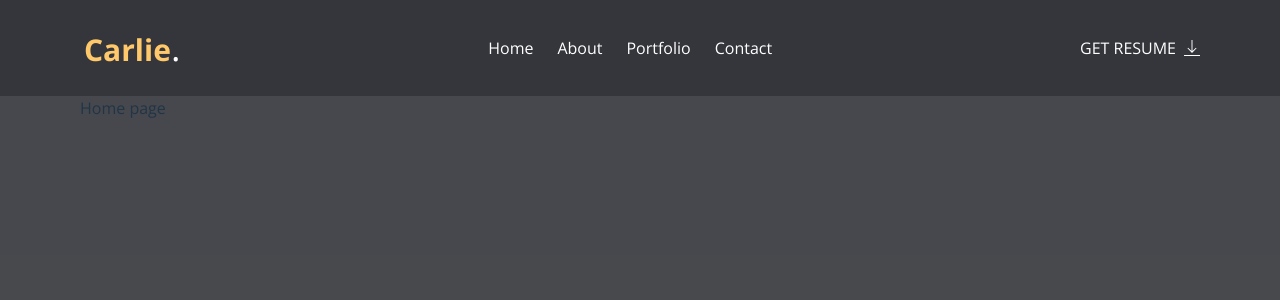
Repository: FenoCarlie/Portfolio
Page: / (app in frontend/)
These files come from the project's save history. The page is drawn as it stood at one moment and after the next save; the edit follows.
The browser window is 1280 px wide. The pictures show the whole page.
The project was rebuilt for these pictures with package versions that can differ from the ones it lists, and the page was loaded fresh each time. Also part of the build but not shown: frontend/vite.config.js, frontend/src/views/notFound/NotFound.jsx. Imported but missing from the stored project, and not drawn on this page: frontend/src/views/about/About, frontend/src/views/contact/Contact, frontend/src/views/portfolio/Portfolio.

Above is the page before, as saved 2024-05-11 16:19:19.

### frontend/index.html
<!DOCTYPE html>
<html lang="en">
  <head>
    <meta charset="UTF-8" />
    <link rel="icon" type="image/svg+xml" href="/vite.svg" />
    <meta name="viewport" content="width=device-width, initial-scale=1.0" />
    <title>Vite + React</title>
  </head>
  <body>
    <div id="root"></div>
    <div id="tsparticles"></div>
    <!-- Add this line -->
    <script type="module" src="/src/main.jsx"></script>
  </body>
</html>

### frontend/src/main.jsx
import React from "react";
import ReactDOM from "react-dom/client";
import "./index.css";
import { ContextProvider } from "./context/ContextProvider";
import { RouterProvider } from "react-router-dom";
import router from "./router";

ReactDOM.createRoot(document.getElementById("root")).render(
  <React.StrictMode>
    <ContextProvider>
      <RouterProvider router={router} />
    </ContextProvider>
  </React.StrictMode>
);

### frontend/src/index.css
@tailwind base;
@tailwind components;
@tailwind utilities;

@layer base {
  html {
    scroll-behavior: smooth;
  }
}

@font-face {
  font-family: "OpenSans";
  src: url("./fonts/OpenSans-Regular.ttf") format("truetype");
  font-weight: 400;
  font-style: normal;
}

@font-face {
  font-family: "OpenSans";
  src: url("./fonts/OpenSans-Bold.ttf") format("truetype");
  font-weight: 700;
  font-style: normal;
}

.active {
  --tw-bg-opacity: 1;
  background-color: rgb(254 200 107 / var(--tw-bg-opacity));
  --tw-text-opacity: 1;
  color: rgb(4 2 3 / var(--tw-text-opacity));
  border-radius: 0.25rem;
}

.anim {
  position: relative;
  background: none;
  transition-timing-function: cubic-bezier(0.25, 0.8, 0.25, 1);
  transition-duration: 400ms;
  transition-property: color;
}

.animButton:focus:after,
.animButton:hover:after {
  width: 100%;
  left: 0%;
}

.animButton:after {
  content: "";
  pointer-events: none;
  bottom: -2px;
  left: 50%;
  position: absolute;
  width: 0%;
  height: 2px;
  background-color: #fec86b;
  transition-timing-function: cubic-bezier(0.25, 0.8, 0.25, 1);
  transition-duration: 400ms;
  transition-property: width, left;
}

.headerBg {
  background: rgb(88, 90, 98);
  background: linear-gradient(
    180deg,
    rgba(88, 90, 98, 1) 0%,
    rgba(54, 55, 60, 1) 100%
  );
}

/* width */
::-webkit-scrollbar {
  width: 5px;
}

/* Track */
::-webkit-scrollbar-track {
  background: #888;
  border-radius: 5px;
}

/* Handle */
::-webkit-scrollbar-thumb {
  background: #34353ae6;
  border-radius: 5px;
}

/* Handle on hover */
::-webkit-scrollbar-thumb:hover {
  background: #555;
}

@media (prefers-color-scheme: light) {
  :root {
    color: #213547;
    background-color: #ffffff;
  }
  a:hover {
    color: #747bff;
  }
  button {
    background-color: #f9f9f9;
  }
}

### frontend/src/context/ContextProvider.jsx
import { createContext, useContext, useState, useEffect } from "react";

const StateContext = createContext({
  currentUser: null,
  token: null,
  notification: null,
  setUser: () => {},
  setItineraryId: () => {},
  setToken: () => {},
  setNotification: () => {},
  setAlert: () => {},
  setError: () => {},
});

export const ContextProvider = ({ children }) => {
  const [user, _setUser] = useState(
    JSON.parse(sessionStorage.getItem("ACCESS_USER"))
  );
  const [token, _setToken] = useState(sessionStorage.getItem("ACCESS_TOKEN"));
  var [itineraryId, _setItineraryId] = useState(
    sessionStorage.getItem("ITINERARY_ID")
  );
  const [notification, _setNotification] = useState("");
  const [alert, _setAlert] = useState("");
  const [error, _setError] = useState("");

  const setToken = (token) => {
    _setToken(token);
    if (token) {
      sessionStorage.setItem("ACCESS_TOKEN", token);
    } else {
      sessionStorage.removeItem("ACCESS_TOKEN");
    }
  };

  const setUser = (user) => {
    _setUser(user);
    if (user) {
      sessionStorage.setItem("ACCESS_USER", JSON.stringify(user));
    } else {
      sessionStorage.removeItem("ACCESS_USER");
    }
  };

  const setItineraryId = (itineraryId) => {
    _setItineraryId(itineraryId);
    if (itineraryId) {
      sessionStorage.setItem("ITINERARY_ID", itineraryId);
    } else {
      sessionStorage.removeItem("ITINERARY_ID");
    }
  };

  const setNotification = (message) => {
    _setNotification(message);
    setTimeout(() => {
      _setNotification("");
    }, 5000);
  };

  const setAlert = (message) => {
    _setAlert(message);
    setTimeout(() => {
      _setAlert("");
    }, 5000);
  };

  const setError = (message) => {
    _setError(message);
    setTimeout(() => {
      _setError("");
    }, 5000);
  };

  useEffect(() => {
    const sessionTimeout = setTimeout(() => {
      sessionStorage.clear();
    }, 4 * 60 * 60 * 1000);

    return () => clearTimeout(sessionTimeout);
  }, []);

  return (
    <StateContext.Provider
      value={{
        user,
        setUser,
        itineraryId,
        setItineraryId,
        token,
        setToken,
        notification,
        setNotification,
        alert,
        setAlert,
        error,
        setError,
      }}
    >
      {children}
    </StateContext.Provider>
  );
};

export const useStateContext = () => useContext(StateContext);

### frontend/src/Router.js
import { Navigate, createBrowserRouter } from "react-router-dom";
import AboutPage from "./views/about/About";
import ContactPage from "./views/contact/Contact";
import PortfolioPage from "./views/portfolio/Portfolio";
import NotFound from "./views/notFound/NotFound";
import DefaultLayout from "./views/frontend/DefaultLayout.jsx";
import Home from "./views/frontend/home/home";

const router = createBrowserRouter([
  {
    path: "/",
    element: <DefaultLayout />,
    children: [
      {
        path: "/",
        element: <Navigate to="/home" />,
      },
      {
        path: "/home",
        element: <Home />,
      },
      {
        path: "/about",
        element: <AboutPage />,
      },
      {
        path: "/contact",
        element: <ContactPage />,
      },
      {
        path: "/portfolio",
        element: <PortfolioPage />,
      },
    ],
  },
  /*{
        path: "/backOffice",
        element: <"" />,
        children: [

        ],
      },*/
  {
    path: "*",
    element: <NotFound />,
  },
]);

export default router;

### frontend/src/views/frontend/DefaultLayout.jsx
import React from "react";
import NavBar from "../../components/NavBar";
import { Outlet } from "react-router-dom";

function DefaultLayout() {
  return (
    <div className="font-openSans h-screen w-screen bg-greyGlass">
      <div className="h-24">
        <NavBar />
      </div>
      <div className="h-[calc(100vh - 6rem)]">
        <Outlet />
      </div>
    </div>
  );
}

export default DefaultLayout;

### frontend/src/views/frontend/home/home.jsx
import React, { useEffect } from "react";

function Home() {
  return (
    <div id="home" className="w-full h-full">
      <div className="px-4 sm:px-10 lg:px-20 xl:px-30">
        <h1>Home page</h1>
      </div>
    </div>
  );
}

export default Home;

### frontend/src/components/NavBar.jsx
import { useEffect, useState } from "react";
import { TfiAlignRight, TfiClose, TfiDownload } from "react-icons/tfi";
import { Link } from "react-router-dom";
import NavLink from "./NavLink";

const links = [
  { url: "#home", title: "Home" },
  { url: "#about", title: "About" },
  { url: "#portfolio", title: "Portfolio" },
  { url: "#contact", title: "Contact" },
];

function NavBar() {
  const [open, setOpen] = useState(false);
  const [active, setActive] = useState();
  useEffect(() => {
    const url = location.hash;
    if (url == "") {
      return setActive("#home");
    }
    window.addEventListener("hashchange", function () {
      const url = location.hash;
      setActive(url);
    });
  }, []);

  return (
    <div className="h-24 flex items-center bg-greyGlass justify-between px-4 sm:px-10 lg:px-20 xl:px-30 text-white select:none">
      <div className="">
        <Link href="/" className="z-50 relative">
          <span className=" text-yellowClaire text-3xl font-bold ml-1">
            Carlie
          </span>
          <span className="text-4xl">.</span>
        </Link>
      </div>
      <div className="hidden md:flex gap-4">
        <ul>
          {links.map((link) => (
            <NavLink key={link.title} link={link} />
          ))}
        </ul>
      </div>
      <button className="hidden animButton anim uppercase items-center md:flex ">
        <label className="mr-2">Get resume</label>
        <TfiDownload className="w-4 h-4" />
      </button>
      <div className="md:hidden">
        <button
          className="z-50 relative"
          onClick={() => {
            setOpen(!open);
          }}
        >
          {open ? (
            <TfiClose className="w-5 h-5 hover:w-6 hover:h-6" />
          ) : (
            <TfiAlignRight className="w-5 h-5 hover:w-6 hover:h-6" />
          )}
        </button>
        {open && (
          <div className="fixed top-0 left-0 bottom-0 right-0 w-screen h-full bg-greyGlass1 text-white flex flex-col items-center justify-center gap-8 text-4xl">
            {links.map((link) => (
              <button
                key={links.title}
                onClick={() => {
                  setOpen(!open);
                }}
              >
                <NavLink
                  key={link.title}
                  link={link}
                  onChange={() => {
                    console.log("link : ", link);
                  }}
                />
              </button>
            ))}
            <button className="animButton anim flex items-center">
              <label className="mr-2">Get resume</label>
              <TfiDownload className="w-7 h-7" />
            </button>
          </div>
        )}
      </div>
    </div>
  );
}

export default NavBar;

### frontend/src/components/NavLink.jsx
import { useEffect, useState } from "react";

function NavLink({ link }) {
  const [active, setActive] = useState();
  useEffect(() => {
    var url = location.hash;
    if (url.length < 1) {
      url = "#home";
    }
    setActive(url);
    var link = document.getElementsByName(url)[0];
    if (link != undefined) {
      link.click();
    }

    window.addEventListener("hashchange", function () {
      const url = location.hash;
      setActive(url);
      console.log(url);
    });

    //<Navigate to="/home" />
  }, []);

  return (
    <a
      name={link.url}
      href={link.url}
      className={`  ${active === link.url && "active"} px-3 py-1`}
    >
      {link.title}
    </a>
  );
}

export default NavLink;

### frontend/tailwind.config.js
/** @type {import('tailwindcss').Config} */
export default {
  content: ["./index.html", "./src/**/*.{js,ts,jsx,tsx}"],
  theme: {
    colors: {
      greyGlass: "#34353AE6",
      greyGlass1: "#34353AE3",
      yellowClaire: "#fec86b",
      black: "#040203",
      white: "#ffffff",
    },
    extend: {
      fontFamily: {
        openSans: ["OpenSans", "sans-serif"],
      },
    },
  },
  plugins: [],
};

After the next save:
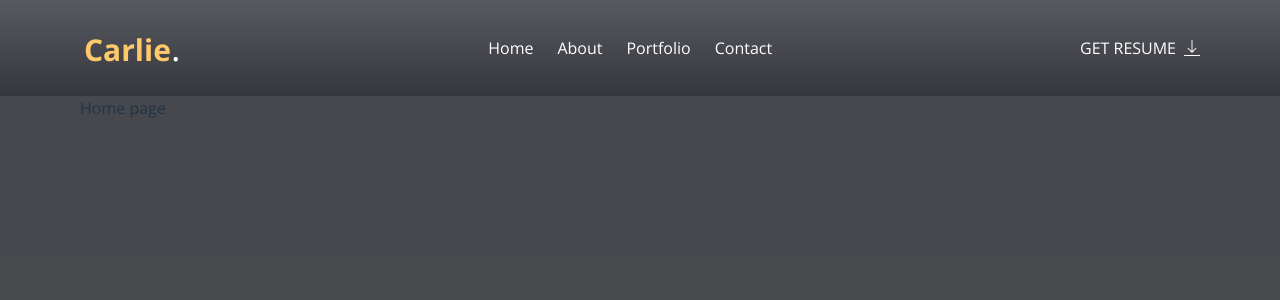
Saved 15 s later.
--- a/frontend/src/components/NavBar.jsx
+++ b/frontend/src/components/NavBar.jsx
@@ -25,7 +25,7 @@
   }, []);
 
   return (
-    <div className="h-24 flex items-center bg-greyGlass justify-between px-4 sm:px-10 lg:px-20 xl:px-30 text-white select:none">
+    <div className="h-24 flex items-center headerBg justify-between px-4 sm:px-10 lg:px-20 xl:px-30 text-white select:none">
       <div className="">
         <Link href="/" className="z-50 relative">
           <span className=" text-yellowClaire text-3xl font-bold ml-1">

After the save that followed:
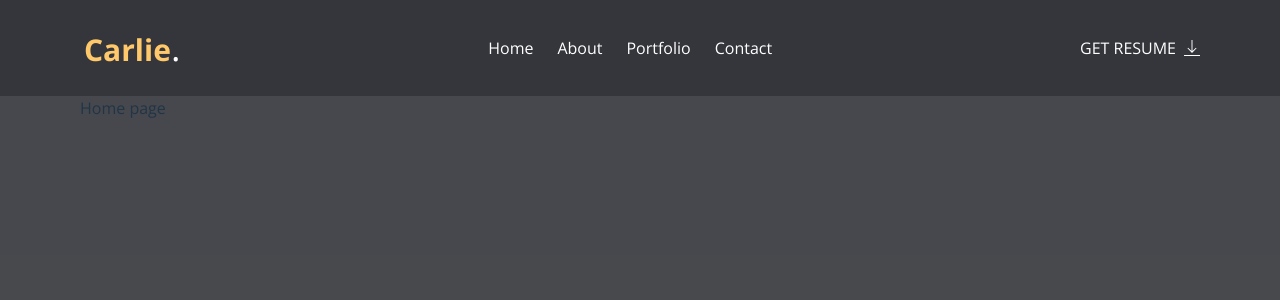
Saved 17 s later.
--- a/frontend/src/components/NavBar.jsx
+++ b/frontend/src/components/NavBar.jsx
@@ -25,7 +25,7 @@
   }, []);
 
   return (
-    <div className="h-24 flex items-center headerBg justify-between px-4 sm:px-10 lg:px-20 xl:px-30 text-white select:none">
+    <div className="h-24 flex items-center bg-greyGlass justify-between px-4 sm:px-10 lg:px-20 xl:px-30 text-white select:none">
       <div className="">
         <Link href="/" className="z-50 relative">
           <span className=" text-yellowClaire text-3xl font-bold ml-1">
